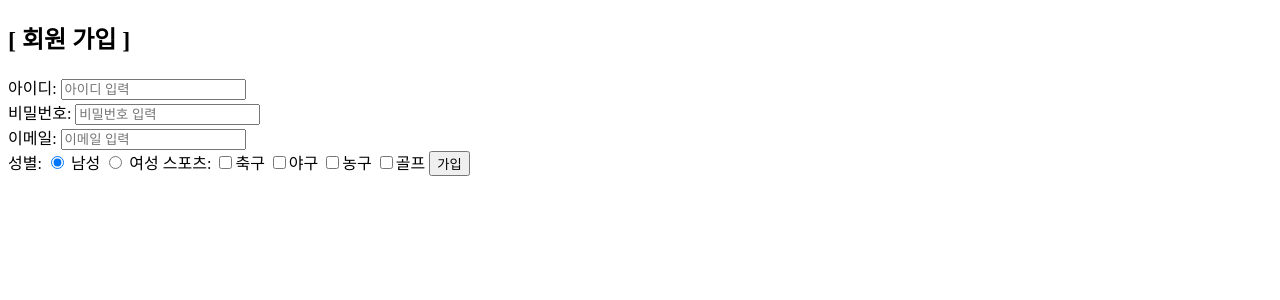
Repository: YoonhyeSuh/scit_46_spring
Page: http://localhost/member/joinView
The author's editor kept a copy of each file at every save. The page is drawn from the files as they stood at one save, then again after the next save.
The browser window is 1280 px wide. The pictures show the whole page.
The page is this project's Thymeleaf template; nobody is signed in. The template is opened directly, without the code that normally fills it, so the values that code supplies are empty.

Above is the page before, as saved 2024-11-26 07:16:52.

After the next save:
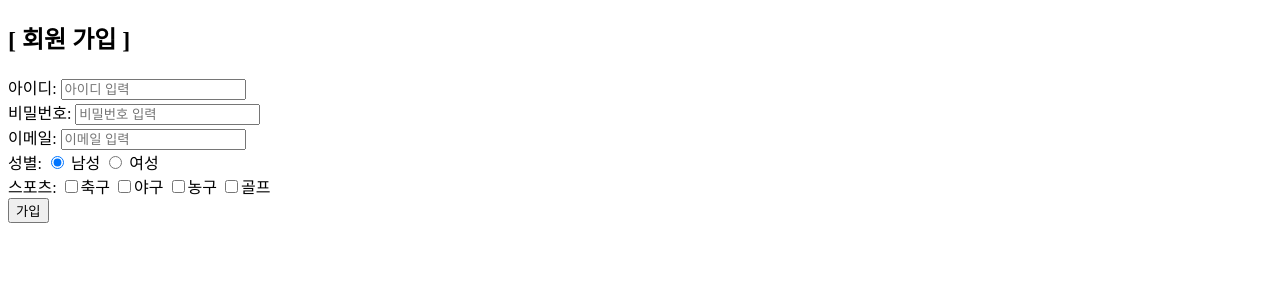
Saved 29 s later.
--- a/spring3/src/main/resources/templates/member/joinView.html
+++ b/spring3/src/main/resources/templates/member/joinView.html
@@ -20,13 +20,13 @@
 		<label>
 			성별: <input type="radio" name="gender" value="남성" checked> 남성
 			     <input type="radio" name="gender" value="여성"> 여성
-		</label>
+		</label><br>
 		<label>
 			스포츠: <input type="checkbox" name="sports" value="축구">축구
 				  <input type="checkbox" name="sports" value="야구">야구
 				  <input type="checkbox" name="sports" value="농구">농구
 				  <input type="checkbox" name="sports" value="골프">골프
-		</label>
+		</label><br>
 
 		<input type="submit" value="가입">
 	</form>
